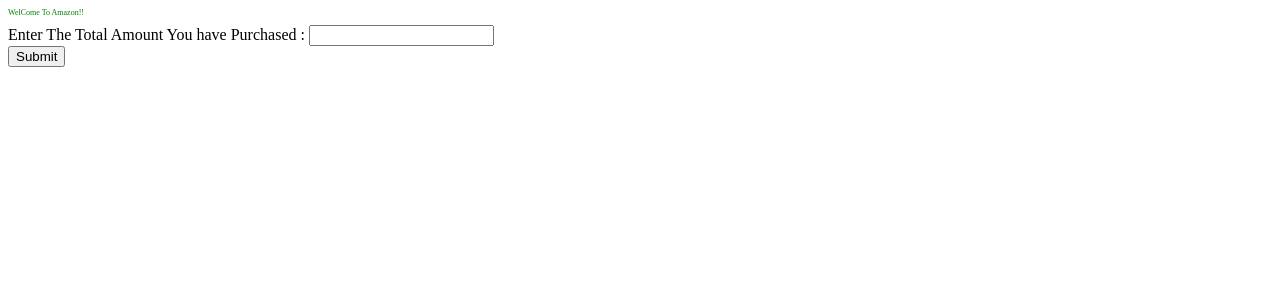
Repository: KavinAdithya/Servlet-JSP
Page: AmazonSale/src/main/webapp/WebPage.html
These files come from the project's save history. The page is drawn as it stood at one moment and after the next save; the edit follows.
The browser window is 1280 px wide. The pictures show the whole page.

Above is the page before, as saved 2024-03-17 01:28:41.

After the next save:
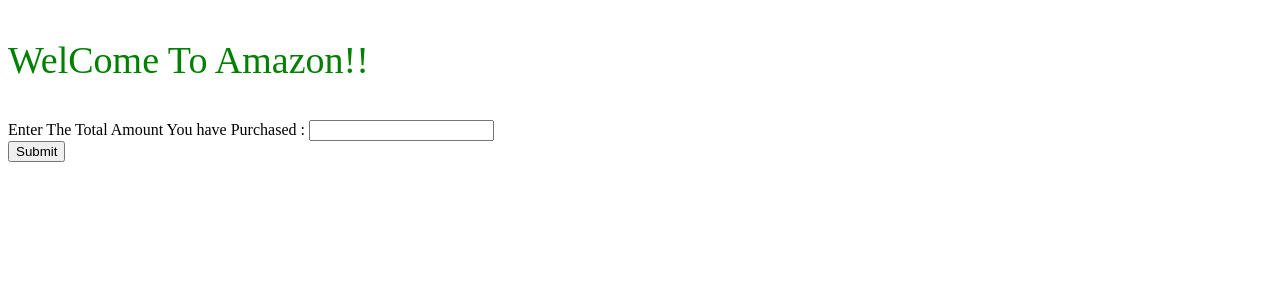
Saved 2 min 12 s later.
--- a/AmazonSale/src/main/webapp/WebPageStyle.css
+++ b/AmazonSale/src/main/webapp/WebPageStyle.css
@@ -1,5 +1,5 @@
 @charset "ISO-8859-1";
 .amazon-para{
 	color:green;
-	font-size:8px;
+	font-size:38px;
 }
